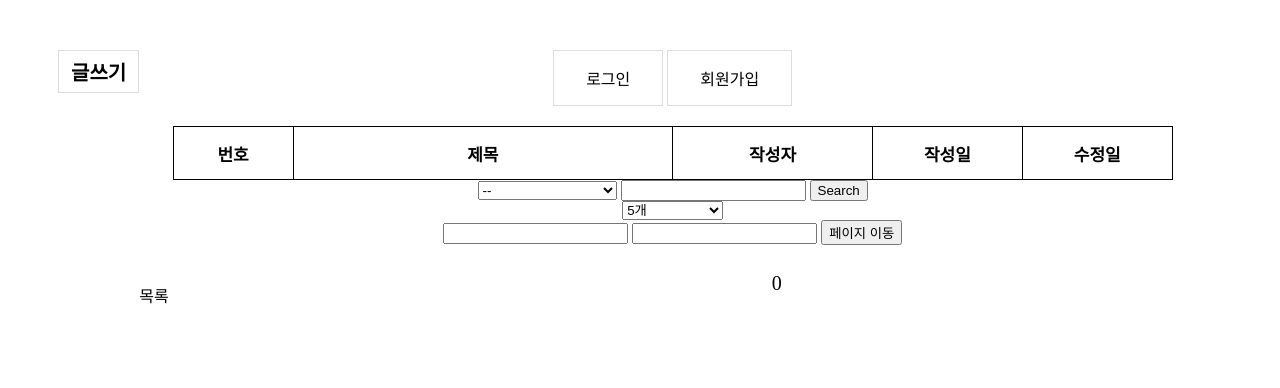
Repository: Shim-YoungDo/gaea-study
Page: http://localhost/study/WEB-INF/views/board/list.jsp
These files come from the project's save history. The page is drawn as it stood at one moment and after the next save; the edit follows.
The browser window is 1280 px wide. The pictures show the whole page.
The page is served by Tomcat 9. Nobody is signed in. Other server files are loaded and not shown. The template is opened directly, without the code that normally fills it, so the values that code supplies are empty.

Above is the page before, as saved 2021-12-09 06:26:46.

### study/src/main/webapp/WEB-INF/views/board/list.jsp
<%@ page language="java" contentType="text/html; charset=UTF-8"
	pageEncoding="UTF-8"%>
<%@ taglib uri="http://java.sun.com/jsp/jstl/core" prefix="c"%>
<%@ taglib prefix="fmt" uri="http://java.sun.com/jsp/jstl/fmt"%>
<!DOCTYPE html>
<html>
<head>
<meta charset="UTF-8">
<title>Insert title here</title>
<link rel="stylesheet" href="/resources/css/board/list.css">
<script src="https://code.jquery.com/jquery-3.4.1.js"
	integrity="sha256-WpOohJOqMqqyKL9FccASB9O0KwACQJpFTUBLTYOVvVU="
	crossorigin="anonymous"></script>
</head>
<body>
	<div class="table_wrap">
		<a href="/board/registeView" class="enroll_btn">글쓰기</a>
		<a href="/board/list" class="list_btn">목록</a>
		<div class="login_area">
		<!-- 로그인 x -->
		<c:if test="${member==null}">
		<div class="login_button"><a href="/member/login">로그인</a></div>
		<span><a href="/member/join">회원가입</a></span>
		</c:if>

		<!-- 로그인 o -->
		<c:if test="${member != null}">
		<div class="login_success_area">
			<span>이름:${member.memberName}</span>
			<span>아이디:${member.memberID}</span>
			<a href="/member/logout">로그아웃</a>
		</div>
		</c:if>

		<table>
			<thead>
				<tr>
					<th class="bno_width">번호</th>
					<th class="title_width">제목</th>
					<th class="writer_width">작성자</th>
					<th class="regdate_width">작성일</th>
					<th class="updatedate_width">수정일</th>
				</tr>
			</thead>
			<c:forEach items="${list}" var="list">
				<tr>
					<td><c:out value="${list.boardNumber}" /></td>
					<td>
						<a class="move" href='<c:out value="${list.boardNumber}"/>'>
							<c:out value="${list.boardTitle}" />
						</a>
					</td>
					<td>
						<c:out value="${list.boardWriter}" />
					</td>
					<td>
						<fmt:formatDate pattern="yyyy/MM/dd"
							value="${list.boardRegistrationDate}" />
					</td>
					<td>
						<fmt:formatDate pattern="yyyy/MM/dd"
							value="${list.boardUpdateDate}" />
					</td>
				</tr>
			</c:forEach>
		</table>

		<div class="search_wrap">
			<div class="search_area">
				<select name="type">
                <option value="" <c:out value="${pageMake.cri.type == null?'selected':'' }"/>>--</option>
                <option value="T" <c:out value="${pageMake.cri.type eq 'T'?'selected':'' }"/>>제목</option>
                <option value="C" <c:out value="${pageMake.cri.type eq 'C'?'selected':'' }"/>>내용</option>
                <option value="W" <c:out value="${pageMake.cri.type eq 'W'?'selected':'' }"/>>작성자</option>
                <option value="TC" <c:out value="${pageMake.cri.type eq 'TC'?'selected':'' }"/>>제목 + 내용</option>
                <option value="TW" <c:out value="${pageMake.cri.type eq 'TW'?'selected':'' }"/>>제목 + 작성자</option>
                <option value="TCW" <c:out value="${pageMake.cri.type eq 'TCW'?'selected':'' }"/>>제목 + 내용 + 작성자</option>
            </select>
				<input type="text" name="keyword" value="${pageMake.cri.keyword}">
				<button>Search</button>
			</div>
		</div>

		<div class="amount_wrap">
			<div class="amount_area">

					<select name="amount" onchange="selectBoxChange(this.value);">
						<option value="" disabled >=== 선택 ===</option>
						<option value=5 <c:out value="${pageMake.cri.amount == 5?'selected':''}"/>>5개</option>
    					<option value=10 <c:out value="${pageMake.cri.amount == 10?'selected':''}"/>>10개</option>
    					<option value=20 <c:out value="${pageMake.cri.amount == 20?'selected':''}"/>>20개</option>
    					<option value=25 <c:out value="${pageMake.cri.amount == 25?'selected':''}"/>>25개</option>

					</select>

			</div>
		</div>


		<div class="page_select_wrap">
			<div class="page_select_area">
				<input type = "text" pattern="\d" name="pageSelect"value='<c:out value="${pageMake.cri.pageNum}"/>'>
				<input name = "totalPage" readonly="readonly" value = '<c:out value="${pageMake.realEnd}"/>'>
				<button>페이지 이동</button>
			</div>
		</div>

		<div class="pageInfo_wrap">
			<div class="pageInfo_area">
				<ul id="pageInfo" class="pageInfo">

					<!-- 이전페이지 버튼 -->
					<c:if test="${pageMake.prev}">
						<li class="pageInfo_btn previous"><a href="${pageMake.startPage-1}">이전</a></li>
					</c:if>

					<!-- 각 번호 페이지 버튼 -->
					<c:forEach var="num" begin="${pageMake.startPage}" end="${pageMake.endPage}">
						<li class="pageInfo_btn ${pageMake.cri.pageNum == num ? "active":"" }"><a href="${num}">${num}</a></li>
					</c:forEach>

					<!--
					<form id="pageForm" method="post">
					<select name="amount" id="amount" onchange="selectBoxChange(this.value);">
						<option value="none">=== 선택 ===</option>
						<option value="5">5개</option>
    					<option value="10">10개</option>
    					<option value="20">20개</option>
					</select>
					</form>
					-->

					<!-- 다음페이지 버튼 -->
					<c:if test="${pageMake.next}">
						<li class="pageInfo_btn next"><a href="${pageMake.endPage+1}">다음</a></li>
					</c:if>
				</ul>
			</div>
		</div>

		<form id="moveForm" method="get">
			<input type="hidden" name="pageNum" value="${pageMake.cri.pageNum}">
			<input type="hidden" name="amount" value="${pageMake.cri.amount}">
			<input type="hidden" name="keyword" value="${pageMake.cri.keyword}">
			<input type="hidden" name="type" value="${pageMake.cri.type}">

		</form>
	</div>
</div>

	<script>
		let moveForm = $("#moveForm");
		let pageForm = $("#pageForm");

		$(".move").on("click", function(e) {
			e.preventDefault();
			moveForm.append("<input type='hidden' name='boardNumber' value='"
					+ $(this).attr("href") + "'>"); //<form>내부 boardNumber값을 저장하는 <input>태그 생성
			moveForm.attr("action", "/board/getPage");
			moveForm.submit();
				});

		$(".pageInfo a").on("click", function(e){
			e.preventDefault();
			moveForm.find("input[name='pageNum']").val($(this).attr("href")); //<form>내부 pageNum과 관련된 <input>태그의 value 속성값에 클릭한<a>태그 페이지 번호 삽입
			moveForm.attr("action", "/board/list");
			moveForm.submit();
		});

		/*
		var selectBoxChange = function(value){
			console.log("결과:" +value);
			$.ajax({
				type:"post",
				url:"/board/pageAmount",
				data: "pageAmount=" +value,
				success : function(data){
					alert("성공", +data);
					console.log(data);
				}
			});
		}*/

		/*
		$("#pageForm").change(function(){
			var pageAmount = value;

			$.ajax({
				type:"post",
				url:"/board/pageAmount",
				data: "pageAmount=" +pageAmount,
				success : function(data){
					alert("성공", +data);
					console.log(data);
				}
			});

		});*/


		//검색기능
		$(".search_area button").on("click", function(e){
			e.preventDefault();

			let type = $(".search_area select").val();
			let keyword = $(".search_area input[name='keyword']").val();

			if(!type){
				alert("검색 종류를 선택하세요");
				return false;
			}
			if(!keyword){
				alert("키워드를 입력하세요");
				return false;
			}

			//let val = $("input[name='keyword']").val();
			moveForm.find("input[name='type']").val(type);
			moveForm.find("input[name='keyword']").val(keyword);
			moveForm.find("input[name='pageNum']").val(1);
			moveForm.submit();
		});

		/*
		$("#pageForm").change(function(){
			var pageAmount = value;
			let amount = $(".amount_area select").val();

			pageForm.find("input[name]='amount'").val(amount);
			pageForm.submit();
		});*/

		//화면에 출력될 총 게시글 수 선택
		var selectBoxChange = function(value){

			let amount = $(".amount_area select").val();

			//pageForm.find("input[name]='amount'").val(amount);
			//pageForm.submit();
			moveForm.find("input[name='amount']").val(amount);
			moveForm.find("input[name='pageNum']").val(1);
			moveForm.submit();

			console.log("결과:" +value);
			//alert("성공", +data);
		}

		//선택 페이지 이동
		$(".page_select_area button").on("click",function(){

			let pageNum = $(".page_select_area [name='pageSelect']").val();

			moveForm.find("input[name='pageNum']").val(pageNum);
			moveForm.attr("action", "/board/list");
			moveForm.submit();
		});




		/*
		$(".page_count_area button").on("click"function(){
			let pageCount = $(".page_count_area [name='pageCount']").val();
			moveForm.find("input[name='pageCount']").val(pageCount);
			moveForm.attr("action", "/board/list");
			moveForm.submit();
		});
		*/
	</script>

</body>
</html>

### study/src/main/webapp/resources/css/board/list.css
@charset "UTF-8";
a{
  	text-decoration : none;
  }
  table{
 	border-collapse: collapse;
 	width: 1000px;
 	margin-top : 20px;
 	text-align: center;
  }
  td, th{
  	border : 1px solid black;
  	height: 50px;
  }
  th{
  	font-size : 17px;
  }
  thead{
  	font-weight: 700;
  }
  .table_wrap{
  	margin : 50px 0 0 50px;
  }
  .bno_width{
  	width: 12%;
  }
  .writer_width{
  	width: 20%;
  }
  .regdate_width{
  	width: 15%;
  }
  .updatedate_width{
  	width: 15%;
  }
  .enroll_btn{
    float:left;
  	font-size: 20px;
    padding: 6px 12px;
    background-color: #fff;
    border: 1px solid #ddd;
    font-weight: 600;
  }

  .pageInfo{
      list-style : none;
      display: inline-block;
    margin: 20px 0 0 150px;
  }
  .pageInfo li{
      float: left;
    font-size: 20px;
    margin-left: 18px;
    padding: 7px;
    font-weight: 500;
  }
  .login_area{
	height:30%;
	display:inline-block;
	text-align:center;
}
  .login_button{
  	background-color: #ffffff; /* Green */
    border: 1px solid #ddd;
    color: white;
    padding: 15px 32px;
    text-align: center;
    text-decoration: none;
    display: inline-block;
    font-size: 16px;
  }
  .login_area>span{
	background-color: #ffffff; /* Green */
    border: 1px solid #ddd;
    color: white;
    padding: 15px 32px;
    text-align: center;
    text-decoration: none;
    display: inline-block;
    font-size: 16px;
}

/*로그인 성공 영역*/
.login_success_area{
	width:25%;
	height:30%;
	border:2px solid #7474ad;
	border-radius:15px;
	margin:5% auto;
}
.login_success_area>span{
	display:block;
	text-align:left;
	margin-left:10px
}
.login_success_area>a{
    font-size: 15px;
    font-weight: 900;
    display: inline-block;
    margin-top: 5px;
    background: #e1e5e8;
    width: 82px;
    height: 22px;
    line-height: 22px;
    border-radius: 25px;
    color: #606267;
}


 a:link {color:black; text-decoration: none;}
 a:visited {color:black; text-decoration: none;}
 a:hover {color:blue; text-decoration: underline;}
 .active{
 	text-decoration:underline;
 }

After the next save:
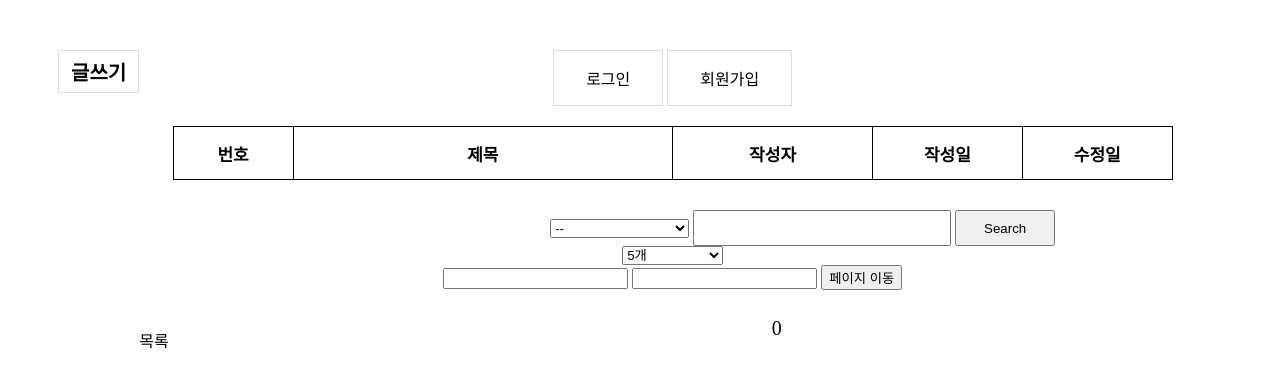
Saved 5 h 48 min later.
--- a/study/src/main/webapp/resources/css/board/list.css
+++ b/study/src/main/webapp/resources/css/board/list.css
@@ -106,6 +106,20 @@ a{
     color: #606267;
 }
 
+.search_area{
+    display: inline-block;
+    margin-top: 30px;
+    margin-left: 260px;
+  }
+  .search_area input{
+      height: 30px;
+    width: 250px;
+  }
+  .search_area button{
+     width: 100px;
+    height: 36px;
+  }
+
 
  a:link {color:black; text-decoration: none;}
  a:visited {color:black; text-decoration: none;}
